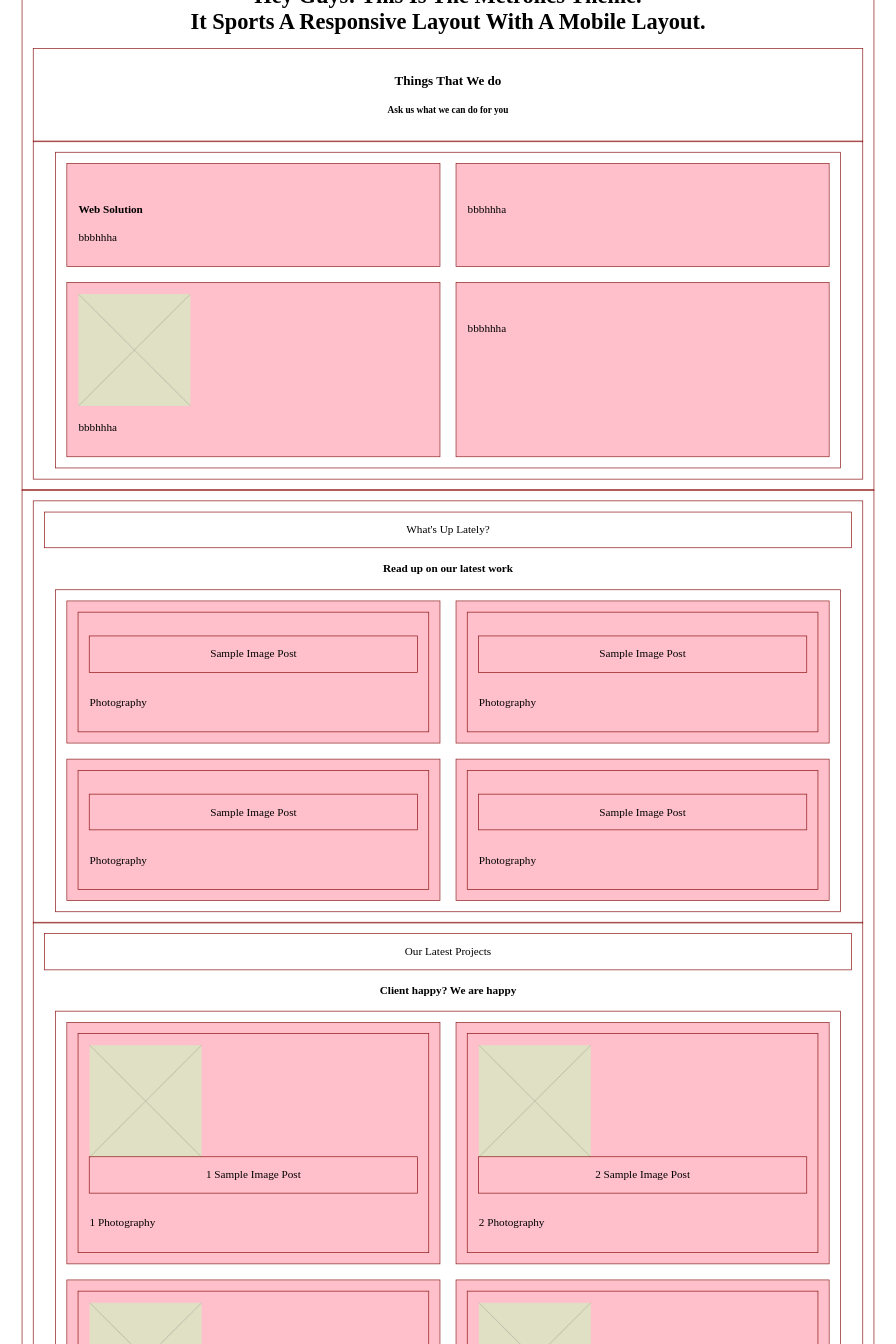
Repository: kionale/Project1_Lab3_ResponsiveLayout
Page: index.html
An editor plug-in stored every save of this project. The page is shown before and after a run of saves, followed by the edit.
The browser window is 1280 px wide. The pictures show the part of the page from y = 780 to 2700 px (the page is 6377 px tall before and 6802 px after), at 70% of full size.

Above is the page before, as saved 2023-01-31 16:54:54.
Not found: imgplaceholder.png

After the next 2 saves:
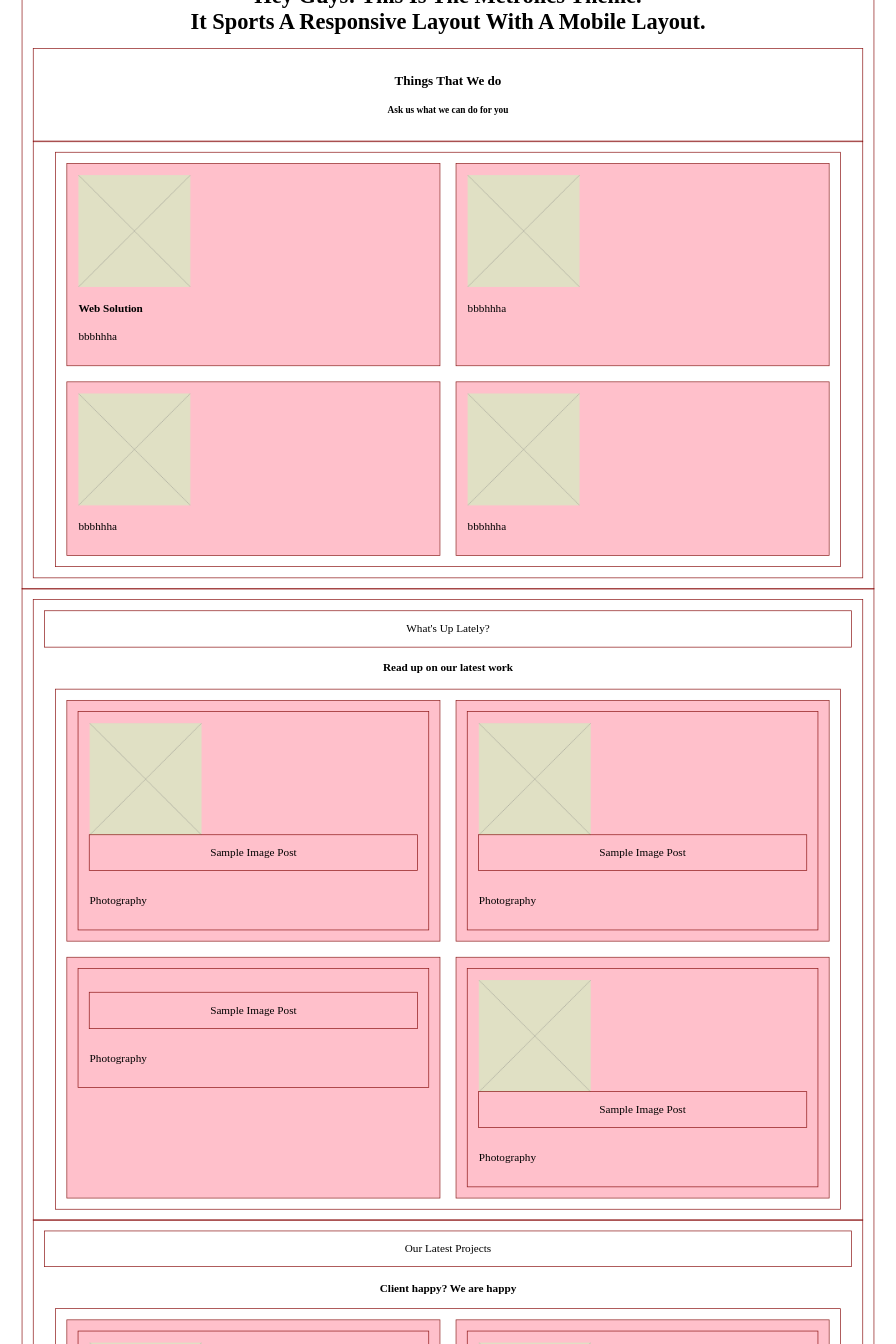
The 2 saves are shown as one change because they came seconds apart.
The last was saved 13 s later.
--- a/index.html
+++ b/index.html
@@ -27,7 +27,7 @@
   <header class="header page__header">
     <div class="row">
       <h1>Metrolics</h1>
-      <a href=""><img src="img/placeholder.png"></a>
+      <a href=""><img src="img/img/placeholder.png"></a>
       <nav class="navbar-links">
         <ul>
           <a href="#">
@@ -56,7 +56,7 @@
 
   <div class="page__slider">
     <div class="row slides">
-      <img src="img/placeholder.png" alt="">
+      <img src="img/img/placeholder.png" alt="">
     </div>
   </div>
   </div>
@@ -76,14 +76,14 @@
     <div class="feature__service">
       <div class="row m-col-2 l-col-4">
         <div class="col">
-          <img class="feature__servic__images" src="imgplaceholder.png" alt="">
+          <img class="feature__servic__images" src="img/img/placeholder.png" alt="">
           <h4 class="heading feature__servic__title">Web Solution</h4>
           <p class="feature__servic__content">
             bbbhhha
           </p>
         </div>
         <div class="col">
-          <img class="feature__servic__images" src="imgplaceholder.png" alt="">
+          <img class="feature__servic__images" src="img/img/placeholder.png" alt="">
           <h4 class="heading feature__servic__title"></h4>
           <p class="feature__servic__content">
             bbbhhha
@@ -97,7 +97,7 @@
           </p>
         </div>
         <div class="col">
-          <img class="feature__servic__images" src="imgplaceholder.png" alt="">
+          <img class="feature__servic__images" src="img/img/placeholder.png" alt="">
           <h4 class="heading feature__servic__title"></h4>
           <p class="feature__servic__content">
             bbbhhha
@@ -117,14 +117,14 @@
       <div class="row m-col-2 l-col-3">
         <div class="col">
           <div>
-            <img src="imgplaceholder.png" alt="">
+            <img src="img/img/placeholder.png" alt="">
             <header class="header recent__work__title">Sample image post</header><br>
             <p>Photography</p>
           </div>
         </div>
         <div class="col">
           <div>
-            <img src="imgplaceholder.png" alt="">
+            <img src="img/img/placeholder.png" alt="">
             <header class="header recent__work__title">Sample image post</header><br>
             <p>Photography</p>
           </div>
@@ -138,7 +138,7 @@
         </div>
         <div class="col">
           <div>
-            <img src="imgplaceholder.png" alt="">
+            <img src="img/img/placeholder.png" alt="">
             <header class="header recent__work__title">Sample image post</header><br>
             <p>Photography</p>
           </div>
@@ -152,7 +152,7 @@
       <div class="row m-col-2 l-col-3">
         <div class="col">
           <div>
-            <img src="img/placeholder.png" alt="">
+            <img src="img/img/placeholder.png" alt="">
             <header class="header latest__project__image">1 Sample image post</header><br>
             <p>1 Photography</p>
           </div>
